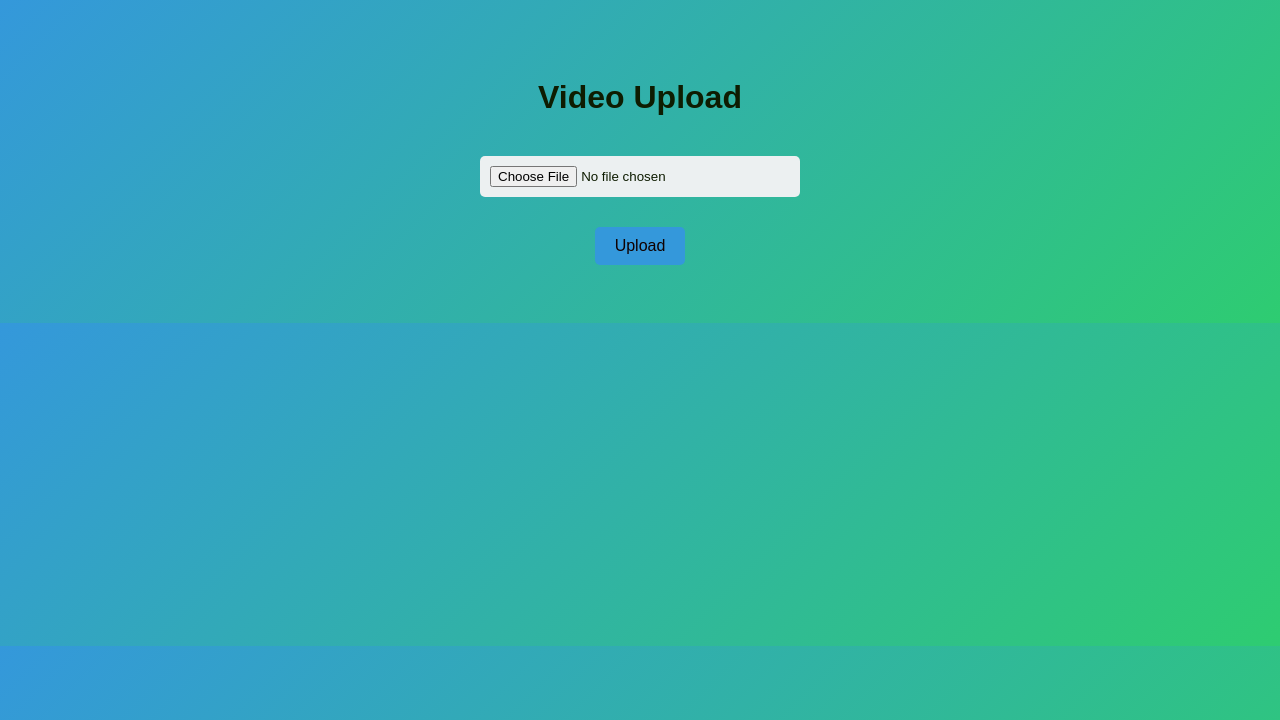
Repository: ChinmayaGit/No-parking-auto-challan-generator
Page: http://localhost/
An editor plug-in stored every save of this project. The page is shown before and after the next save, followed by the edit.
The browser window is 1280 px wide. The pictures show the whole page.
The page is served by the project's application, run on Flask 3 (app.py).

Above is the page before, as saved 2023-12-31 14:30:37.

After the next save:
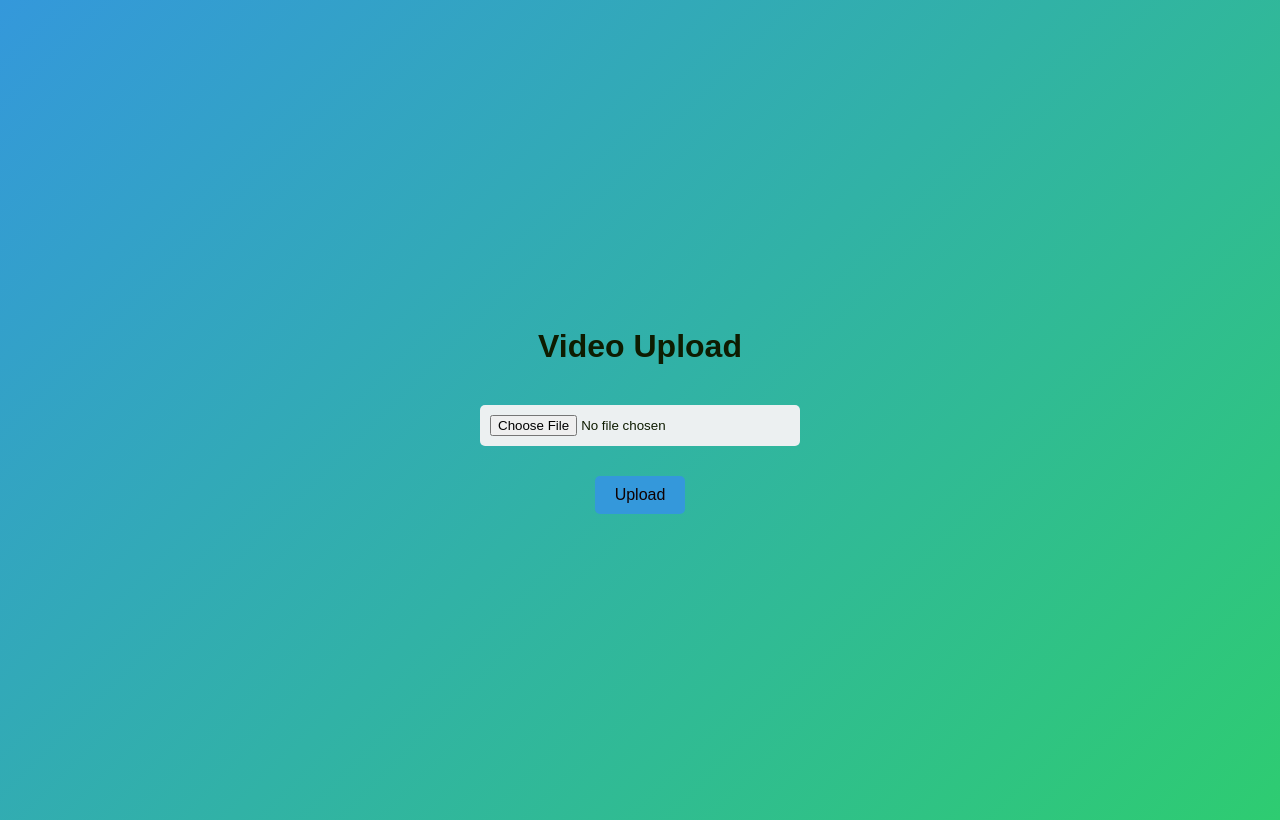
Saved 3 h 33 min later.
--- a/templates/index.html
+++ b/templates/index.html
@@ -1,73 +1,84 @@
 <!DOCTYPE html>
 <html lang="en">
-<head>
-    <meta charset="UTF-8">
-    <meta name="viewport" content="width=device-width, initial-scale=1.0">
+  <head>
+    <meta charset="UTF-8" />
+    <meta name="viewport" content="width=device-width, initial-scale=1.0" />
     <title>Video Upload</title>
     <style>
-        body {
-            background: linear-gradient(135deg, #3498db, #2ecc71); /* Gradient from blue to green */
-            color: #0e1c01; /* White text */
-            font-family: 'Arial', sans-serif;
-            text-align: center;
-            padding: 50px;
-        }
+      body {
+        background: linear-gradient(
+          135deg,
+          #3498db,
+          #2ecc71
+        ); /* Gradient from blue to green */
+        color: #0e1c01; /* White text */
+        font-family: "Arial", sans-serif;
+        text-align: center;
+        padding: 50px;
+        display: flex;
+        flex-direction: column;
+        align-items: center;
+        justify-content: center;
+        height: 100vh;
+        margin: 0;
+      }
 
-        h1 {
-            margin-bottom: 30px;
-        }
+      h1 {
+        margin-bottom: 30px;
+      }
 
-        form {
-            display: flex;
-            flex-direction: column;
-            align-items: center;
-        }
+      form {
+        display: flex;
+        flex-direction: column;
+        align-items: center;
+      }
 
-        input[type=file] {
-            margin: 10px 0;
-            padding: 10px;
-            border: none;
-            background-color: #ecf0f1; /* Light gray background */
-            border-radius: 5px;
-            width: 300px;
-            outline: none;
-        }
+      input[type="file"] {
+        margin: 10px 0;
+        padding: 10px;
+        border: none;
+        background-color: #ecf0f1; /* Light gray background */
+        border-radius: 5px;
+        width: 300px;
+        outline: none;
+      }
 
-        input[type=submit] {
-            margin-top: 20px;
-            padding: 10px 20px;
-            border: none;
-            background-color: #3498db; /* Blue button color */
-            color: #100101;
-            border-radius: 5px;
-            cursor: pointer;
-            font-size: 16px;
-            outline: none;
-        }
+      input[type="submit"] {
+        margin-top: 20px;
+        padding: 10px 20px;
+        border: none;
+        background-color: #3498db; /* Blue button color */
+        color: #100101;
+        border-radius: 5px;
+        cursor: pointer;
+        font-size: 16px;
+        outline: none;
+      }
 
-        input[type=submit]:hover {
-            background-color: #2980b9; /* Darker blue on hover */
-        }
+      input[type="submit"]:hover {
+        background-color: #2980b9; /* Darker blue on hover */
+      }
 
-        .download-link {
-            margin-top: 20px;
-            font-size: 18px;
-        }
+      .download-link {
+        margin-top: 20px;
+        font-size: 18px;
+      }
     </style>
-</head>
-<body>
+  </head>
+  <body>
     <h1>Video Upload</h1>
 
     <form action="/upload" method="post" enctype="multipart/form-data">
-        <input type="file" name="file" accept="video/*">
-        <input type="submit" value="Upload">
+      <input type="file" name="file" accept="video/*" />
+      <input type="submit" value="Upload" />
     </form>
 
     {% if filename %}
-        <div class="download-link">
-            <a href="{{ url_for('download_result') }}" download>Download The extracted number plates</a>
-
-        </div>
+    <div class="download-link">
+      <a href="{{ url_for('download_result') }}" download
+        >Download The extracted number plates</a
+      >
+    </div>
     {% endif %}
-</body>
+  </body>
 </html>
